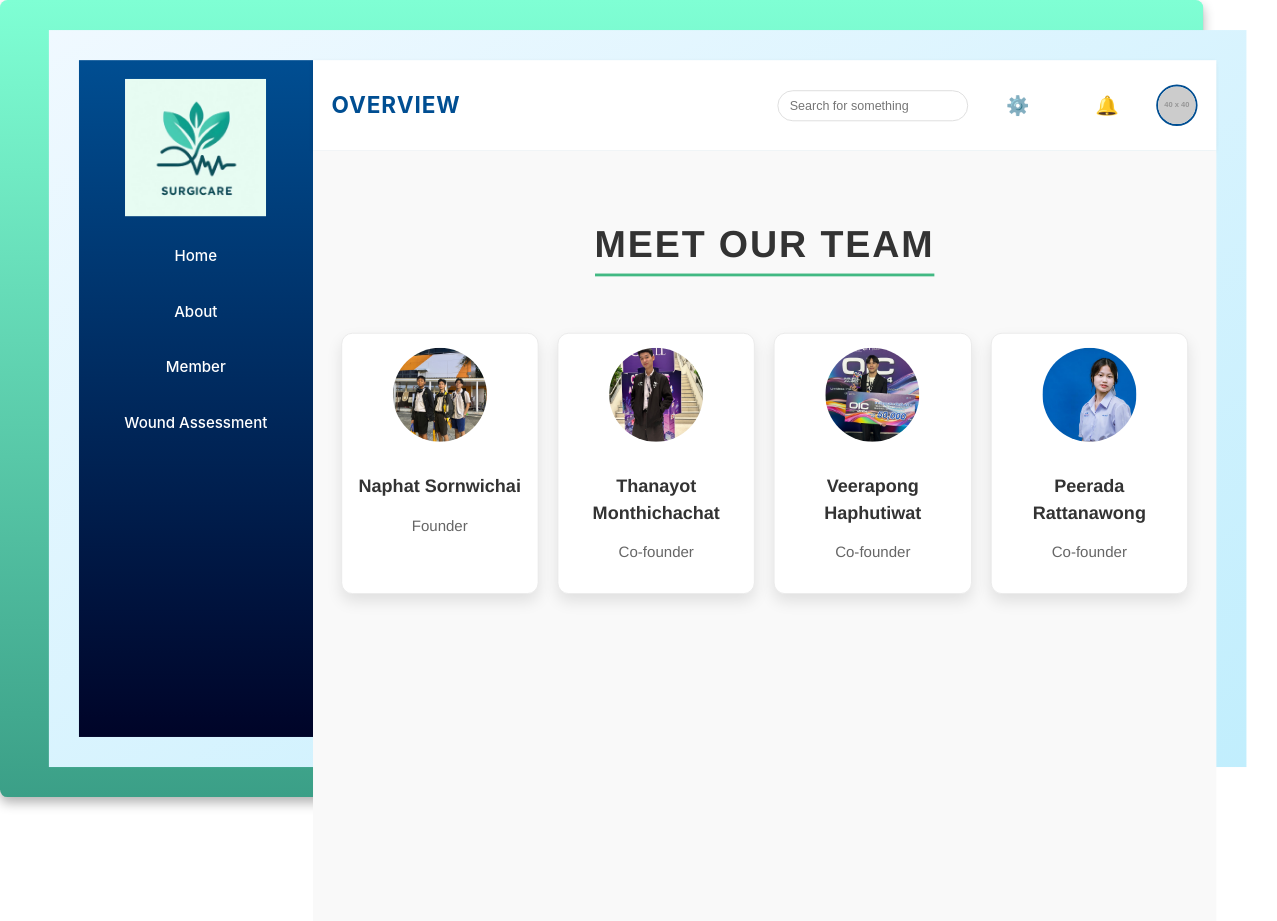
Repository: Jinwoo290350/Surgicare-Vue
Page: /member (app in surgicare/)
An editor plug-in stored every save of this project. The page is shown before and after the next save, followed by the edit.
The browser window is 1280 px wide. The page is 1358 px wide, then 1338 px, so the pictures cover 1358 px, including what lies to the right of the window. The pictures show the whole page, at 94% of full size.
The project was rebuilt for these pictures with package versions that can differ from the ones it lists, and the page was loaded fresh each time. Also part of the build but not shown: surgicare/vite.config.js, surgicare/src/views/Home.vue, surgicare/src/views/About.vue, surgicare/src/components/WoundAssessment.vue.

Above is the page before, as saved 2024-12-30 14:30:32.
Console error: TypeError: Cannot read properties of null (reading 'getContext')

After the next save:
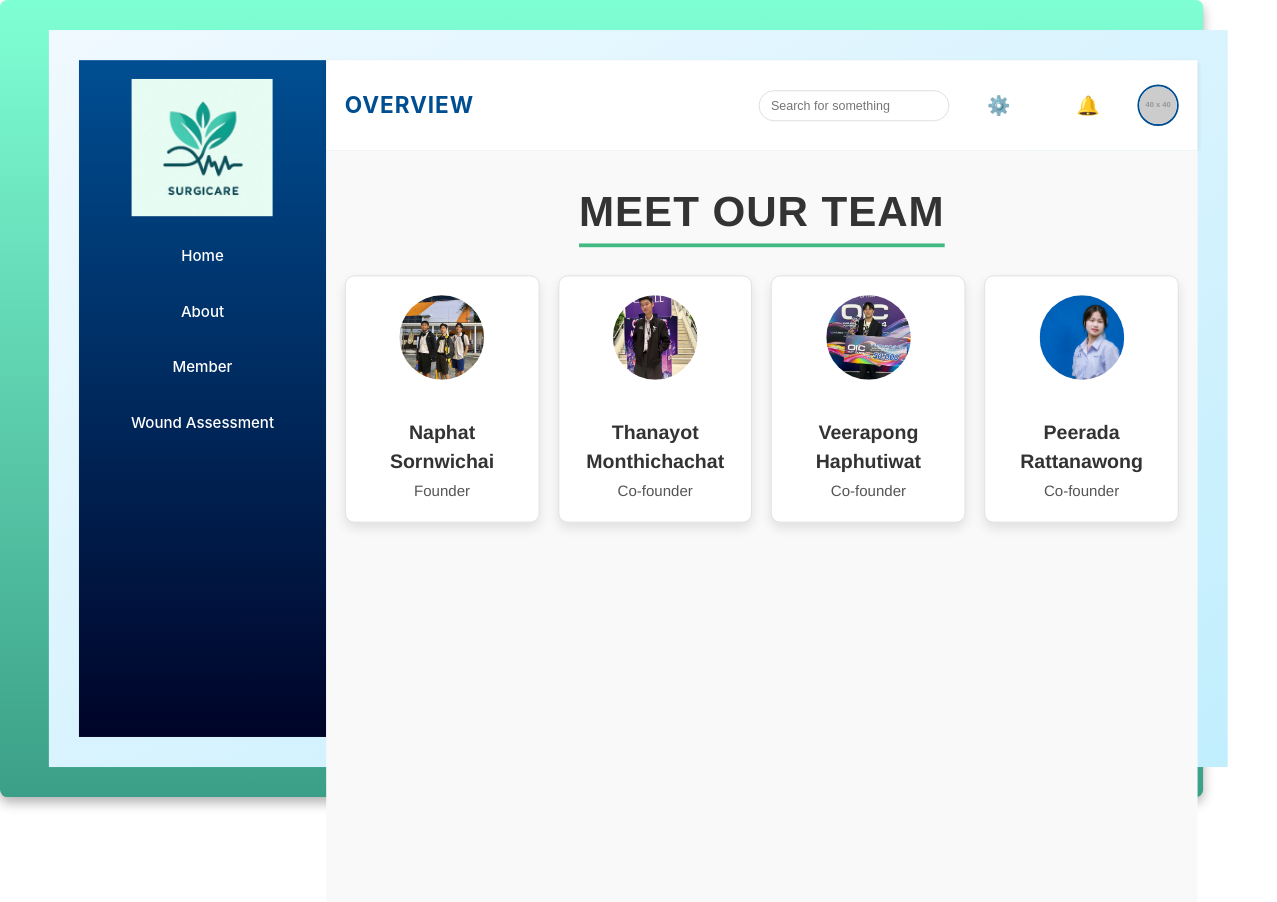
Saved 64 s later.
--- a/surgicare/src/views/Member.vue
+++ b/surgicare/src/views/Member.vue
@@ -76,8 +76,9 @@ export default {
 </script>
 
 <style scoped>
+/* Main Page Styles */
 #team-page {
-  padding: 50px 30px;
+  padding: 40px 20px;
   font-family: 'Helvetica Neue', sans-serif;
   background-color: #f9f9f9;
   min-height: 100vh;
@@ -87,50 +88,51 @@ export default {
 }
 
 .team-header {
-  margin-bottom: 40px;
+  margin-bottom: 30px;
+  text-align: center;
 }
 
 .team-header h1 {
-  font-size: 2.5em;
+  font-size: 2.8em;
   font-weight: bold;
   color: #333;
   text-transform: uppercase;
-  letter-spacing: 2px;
-  border-bottom: 3px solid #42b983;
-  display: inline-block;
+  border-bottom: 4px solid #42b983;
   padding-bottom: 10px;
-}
-
+  margin: 0 auto;
+}
+
+/* Member Cards */
 .member-cards {
   display: grid;
-  grid-template-columns: repeat(auto-fit, minmax(200px, 1fr));
+  grid-template-columns: repeat(auto-fit, minmax(200px, 1fr)); /* Responsive grid */
   gap: 20px;
-  max-width: 1200px;
+  max-width: 1000px; /* Limit width for layout consistency */
   width: 100%;
 }
 
 .member-card {
   cursor: pointer;
-  border: 1px solid #eaeaea;
-  border-radius: 12px;
-  padding: 15px;
+  border: 1px solid #e0e0e0;
+  border-radius: 10px;
+  padding: 20px;
   background-color: #fff;
-  box-shadow: 0 8px 16px rgba(0, 0, 0, 0.1);
+  box-shadow: 0 6px 12px rgba(0, 0, 0, 0.1);
   transition: transform 0.3s ease, box-shadow 0.3s ease;
   text-align: center;
 }
 
 .member-card:hover {
-  transform: translateY(-8px);
-  box-shadow: 0 12px 24px rgba(0, 0, 0, 0.15);
+  transform: translateY(-5px);
+  box-shadow: 0 10px 20px rgba(0, 0, 0, 0.15);
 }
 
 .member-photo {
-  width: 100px;
-  height: 100px;
+  width: 90px;
+  height: 90px;
   object-fit: cover;
   border-radius: 50%;
-  margin: 0 auto 10px;
+  margin: 0 auto 15px;
   transition: transform 0.3s ease;
 }
 
@@ -139,16 +141,19 @@ export default {
 }
 
 .member-info h2 {
-  font-size: 1.2em;
+  font-size: 1.3em;
   font-weight: 600;
   color: #333;
+  margin-bottom: 5px;
 }
 
 .member-info p {
   font-size: 1em;
-  color: #666;
-}
-
+  color: #555;
+  margin: 0;
+}
+
+/* Member Details Modal */
 .member-details {
   position: fixed;
   top: 0;
@@ -159,18 +164,18 @@ export default {
   display: flex;
   justify-content: center;
   align-items: center;
+  z-index: 1000;
   animation: fadeIn 0.3s ease-in-out;
-  z-index: 1000;
 }
 
 .details-content {
   background: #fff;
-  padding: 30px;
-  border-radius: 10px;
+  padding: 25px;
+  border-radius: 8px;
   text-align: center;
   width: 90%;
   max-width: 400px;
-  box-shadow: 0 10px 20px rgba(0, 0, 0, 0.25);
+  box-shadow: 0 8px 16px rgba(0, 0, 0, 0.25);
   animation: slideIn 0.3s ease-out;
 }
 
@@ -182,7 +187,7 @@ export default {
 }
 
 .details-content p {
-  font-size: 1.2em;
+  font-size: 1em;
   color: #555;
   margin-bottom: 20px;
 }
@@ -202,6 +207,7 @@ button:hover {
   background-color: #369a6c;
 }
 
+/* Animations */
 @keyframes fadeIn {
   from {
     opacity: 0;
